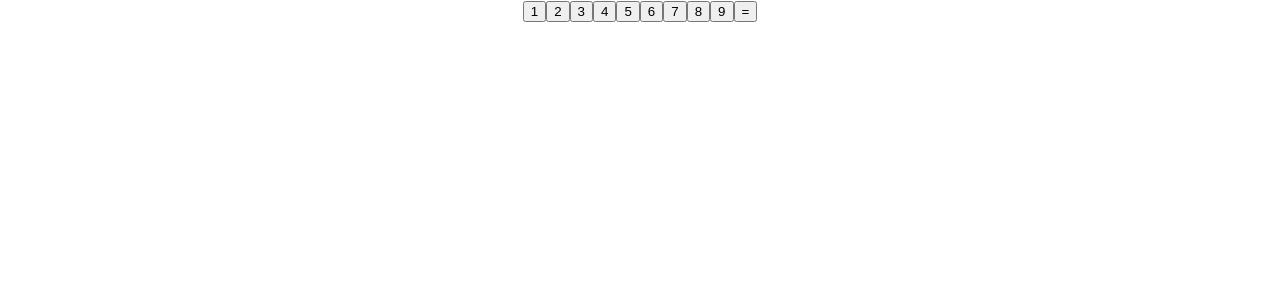
Repository: hoangphuong965/calculator_react
Page: /
These files come from the project's save history. The page is drawn as it stood at one moment and after a run of saves; the edit follows.
The browser window is 1280 px wide. The pictures show the whole page.
The project was rebuilt for these pictures with package versions that can differ from the ones it lists, and the page was loaded fresh each time.

Above is the page before, as saved 2020-08-04 07:53:06.

After the next 2 saves:
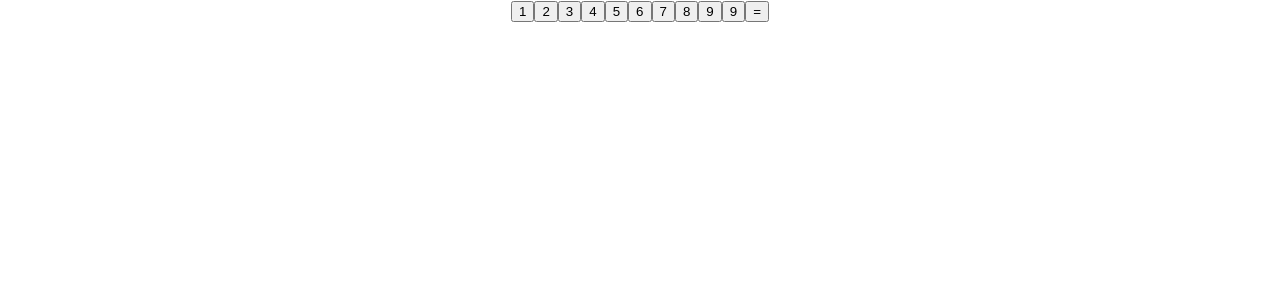
The 2 saves are shown as one change because they came seconds apart.
The last was saved 7 s later.
--- a/src/component/Key.js
+++ b/src/component/Key.js
@@ -16,7 +16,7 @@ function Key() {
         <button className="data-key">7</button>
         <button className="data-key">8</button>
         <button className="data-key">9</button>
-
+        <button className="data-key">9</button>
         <button className="data-key">=</button>
       </div>
     </div>
